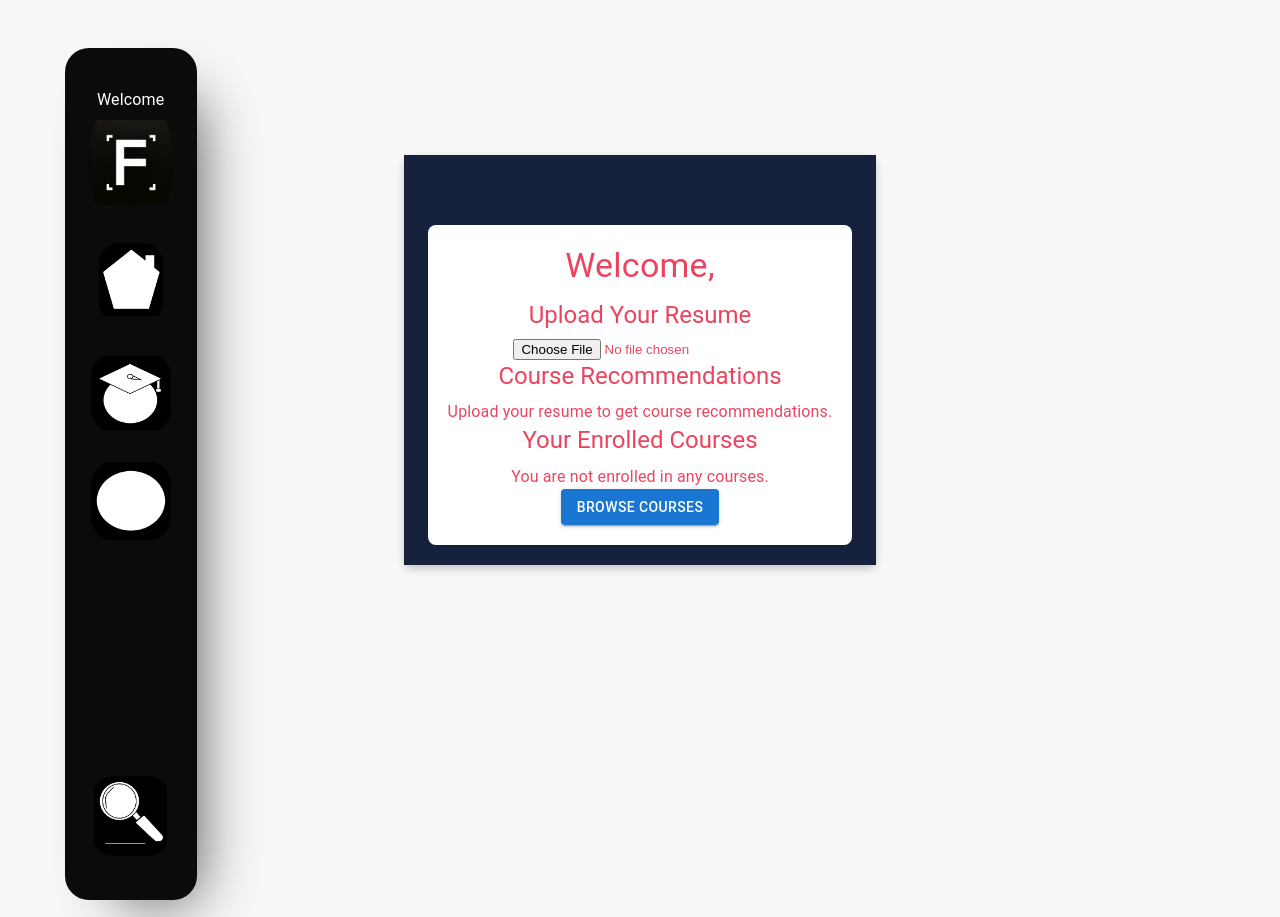
Repository: jvt2/OnlineCourseApp
Page: /dashboard
An editor plug-in stored every save of this project. The page is shown before and after the next save, followed by the edit.
The browser window is 1280 px wide. The pictures show the whole page.
The page's requests for data from a server got no answer. The project was rebuilt for these pictures with package versions that can differ from the ones it lists, and the page was loaded fresh each time. No one was signed in, and anything a server would have sent is missing. Also part of the build but not shown: src/features/auth/Register.js, src/features/auth/Login.js, src/features/courses/ResumeUpload.js, src/features/courses/CourseRecommendations.js, src/components/common/MyModal.js, src/features/courses/CourseCatalog.js, src/features/courses/CourseDetail.js, src/components/common/Navbar.js and 3 more. Imported but missing from the stored project, and not drawn on this page: src/app/reportWebVitals.

Above is the page before, as saved 2024-07-15 11:30:52.

### src/index.js
import React from 'react';
import ReactDOM from 'react-dom/client';
import { Provider } from 'react-redux';
import store from './redux/store';
import './index.css';
import App from './app/App';
import reportWebVitals from './app/reportWebVitals';

const root = ReactDOM.createRoot(document.getElementById('root'));
root.render(
  <React.StrictMode>
    <App />
  </React.StrictMode>
);

// If you want to start measuring performance in your app, pass a function
// to log results (for example: reportWebVitals(console.log))
// or send to an analytics endpoint. Learn more: https://bit.ly/CRA-vitals
reportWebVitals();

### src/redux/store.js
// src/redux/store.js

import { configureStore } from '@reduxjs/toolkit';
import userReducer from './userReducer';

const store = configureStore({
  reducer: {
    user: userReducer,
  },
});

export default store;

### src/app/App.js
import { BrowserRouter as Router, Route, Routes } from 'react-router-dom';
import React, { useState } from 'react';
import logo from '../logo.svg';
import './App.css';
import Register from '../features/auth/Register';
import Login from '../features/auth/Login';
import CourseCatalog from '../features/courses/CourseCatalog';
import CourseDetail from '../features/courses/CourseDetail';
import UserDashboard from '../features/dashboard/Dashboard';
import Navbar from '../components/common/Navbar';
import { Provider } from 'react-redux';
import store from '../redux/store'; // import your Redux store here
import Logout from '../features/auth/Logout'; // Import the Logout component
import Chatbot from '../features/chatbot/Chatbot';
import CourseRecommendations from '../features/courses/CourseRecommendations';
import axios from 'axios';
import ResumeUpload from '../features/courses/ResumeUpload';
import LandingPage from '../components/common/LandingPage';

function App() {
  const [loggedIn, setLoggedIn] = useState(false);
  const [users, setUsers] = useState([]);
  const [currentUser, setCurrentUser] = useState(null);
  const [recommendations, setRecommendations] = useState([]);

  const handleResumeUpload = (newRecommendations) => {
    console.log('New Recommendations:', newRecommendations);
    setRecommendations(newRecommendations);
  };

  const [courses, setCourses] = useState([
    {id: 1, name: 'Course 1', description: 'This is course 1'},
    {id: 2, name: 'Course 2', description: 'This is course 2'}
  ]);

  const handleRegister = async (username, password) => {
    try {
      const response = await axios.post('http://localhost:3001/register', { username, password });
      alert(response.data.message);
      // Log in the new user if registration is successful
      handleLogin(username, password);
    } catch (error) {
      alert(error.response.data.message);
    }
  };

  const handleLogin = async (username, password) => {
    try {
      const response = await axios.post('http://localhost:3001/login', { username, password });
      localStorage.setItem('token', response.data.token);
      setLoggedIn(true);
      setCurrentUser({ username });
    } catch (error) {
      alert('Login failed. Please check your username and password.');
    }
  };

  const handleEnroll = async (course) => {
    try {
      const token = localStorage.getItem('token');
      await axios.post('http://localhost:3001/enroll', { courseId: course.id }, {
        headers: { 'Authorization': `Bearer ${token}` }
      });
      setEnrolledCourses([...enrolledCourses, course]);
    } catch (error) {
      console.error('Enrollment failed', error);
    }
  };

  const [enrolledCourses, setEnrolledCourses] = useState([]);
  const [isModalOpen, setIsModalOpen] = useState(false);

  const handleSelectRecommendation = (recommendation) => {
    const newCourse = {
      id: courses.length + 1,
      name: recommendation.text,
      description: 'This is a recommended course based on your resume.'
    };

    setCourses([...courses, newCourse]);
    setEnrolledCourses([...enrolledCourses, newCourse]);
    setIsModalOpen(false);
  };

  return (
    <Provider store={store}>
      <Router>
        <div className="App">
          <Routes>
            <Route path="/" element={<LandingPage />} />
            <Route path="/register" element={<Register />} />
            <Route path="/login" element={<Login />} />
            <Route path="/dashboard" element={<UserDashboard />} /> {/* Added this line */}
          </Routes>
        </div>
      </Router>
    </Provider>
  );
}

export default App;

### src/redux/userReducer.js
// src/redux/userReducer.js
// src/redux/userReducer.js
import { createSlice } from '@reduxjs/toolkit';

const initialState = {
  id: null,
  email: null,
  token: null,
};

const userSlice = createSlice({
  name: 'user',
  initialState,
  reducers: {
    logIn(state, action) {
      state.id = action.payload.id;
      state.email = action.payload.email;
      state.token = action.payload.token;
    },
    logOut(state) {
      state.id = null;
      state.email = null;
      state.token = null;
    },
  },
});

export const { logIn, logOut } = userSlice.actions;
export default userSlice.reducer;

### src/app/App.css
/* App.css */
:root {
  --primary-bg-color: #1E1E2F;
  --secondary-bg-color: #282840;
  --primary-text-color: #F5F5F5;
  --link-color: #61dafb;
  --accent-color: #FF6B6B;
  --navbar-height: 4rem;
  --content-padding: 20px;
  --border-radius: 8px;
  --transition-duration: 0.3s;
  --gradient-bg-color: linear-gradient(120deg, #84fab0 0%, #8fd3f4 100%);
}

.App {
  text-align: center;
  font-family: 'Arial', sans-serif;
  background-color: var(--primary-bg-color);
}

.App-logo {
  height: 40vmin;
  pointer-events: none;
  filter: drop-shadow(0 0 10px var(--accent-color));
}

.App-header {
  background-color: var(--secondary-bg-color);
  min-height: 100vh;
  display: flex;
  flex-direction: column;
  align-items: center;
  justify-content: center;
  font-size: calc(10px + 2vmin);
  color: var(--primary-text-color);
  border-bottom-left-radius: var(--border-radius);
  border-bottom-right-radius: var(--border-radius);
}

.App-link {
  color: var(--link-color);
  transition: color var(--transition-duration);
}

.App-link:hover {
  color: var(--accent-color);
}

@media (prefers-reduced-motion: no-preference) {
  .App-logo {
    animation: App-logo-spin infinite 20s linear;
  }
}

@keyframes App-logo-spin {
  from {
    transform: rotate(0deg);
  }
  to {
    transform: rotate(360deg);
  }
}

.site-navbar {
  display: flex;
  align-items: center;
  background: var(--gradient-bg-color);
  padding: 10px 20px;
  height: var(--navbar-height);
  font-weight: 500;
  box-shadow: 0 4px 6px rgba(0, 0, 0, 0.1);
}

.navbar-nav {
  display: flex;
  align-items: center;
  list-style: none;
  margin: 0;
  padding: 0;
  flex-grow: 1;
  justify-content: center;
}

.nav-item {
  display: flex;
  align-items: center;
  justify-content: center;
  text-decoration: none;
  color: var(--primary-text-color);
  padding: 15px 25px;
  transition: all 0.3s ease-in-out;
  border-radius: var(--border-radius);
  position: relative;
}

.nav-item:before {
  content: '';
  position: absolute;
  top: 0;
  left: 0;
  width: 0;
  height: 100%;
  background: var(--accent-color);
  border-radius: var(--border-radius);
  transition: width 0.3s ease-in-out;
  z-index: -1;
}

.nav-item:hover:before {
  width: 100%;
}

.nav-item:hover {
  color: var(--secondary-bg-color);
  box-shadow: 0 4px 8px rgba(0, 0, 0, 0.2);
  text-decoration: none;
}

.navbar-brand {
  margin-right: auto;
  color: var(--primary-text-color);
  font-size: 1.5em;
  font-weight: bold;
}

.App-content {
  padding: var(--content-padding);
  color: var(--primary-text-color);
}

.App-footer {
  text-align: center;
  padding: var(--content-padding);
  background-color: var(--secondary-bg-color);
  color: var(--primary-text-color);
  box-shadow: 0 -4px 6px rgba(0, 0, 0, 0.1);
}

.course-recommendations {
  width: 80%;
  margin: auto;
  background: #f9f9f9;
  padding: 20px;
  border-radius: 5px;
  box-shadow: 0px 0px 10px rgba(0, 0, 0, 0.1);
}

.course-recommendations h2 {
  text-align: center;
  color: #333;
}

.course-recommendations .course {
  padding: 10px 0;
  border-bottom: 1px solid #eee;
}

.course-recommendations .course:last-child {
  border-bottom: none;
}

.course-recommendations .course button {
  margin-left: 10px;
}

body {
  background-color: #1a1a2e;
  color: #e94560;
}

.MuiContainer-root {
  background-color: #16213e;
  border-radius: 8px;
  padding: 20px;
  box-shadow: 0 4px 8px rgba(0, 0, 0, 0.2);
}

.customTextField .MuiInputBase-input {
  color: #fff;
  background-color: rgba(255, 255, 255, 0.1);
}

.customTextField .MuiInputLabel-root {
  color: rgba(255, 255, 255, 0.7);
}

.customTextField .MuiInputLabel-root.Mui-focused {
  color: #fff;
}

.customTextField .MuiOutlinedInput-root {
  &.Mui-focused .MuiOutlinedInput-notchedOutline {
    border-color: #fff;
  }
  & .MuiOutlinedInput-notchedOutline {
    border-color: rgba(255, 255, 255, 0.5);
  }
}

### src/features/dashboard/Dashboard.js
// src/features/dashboard/Dashboard.js
import React, { useEffect, useState } from 'react';
import axios from 'axios';
import { useSelector } from 'react-redux';
import { Container, Typography, Button, Box, List, ListItem, ListItemText } from '@mui/material';
import { useNavigate } from 'react-router-dom';
import './Dashboard.css'; // Correct import for CSS

function Dashboard() {
  const [enrolledCourses, setEnrolledCourses] = useState([]);
  const [recommendations, setRecommendations] = useState([]);
  const token = useSelector(state => state.user.token);
  const userId = useSelector(state => state.user.id);
  const userEmail = useSelector(state => state.user.email);
  const navigate = useNavigate();

  useEffect(() => {
    const fetchEnrolledCourses = async () => {
      try {
        const response = await axios.get(`http://localhost:3001/user/${userId}/courses`, {
          headers: { Authorization: `Bearer ${token}` }
        });
        setEnrolledCourses(response.data);
      } catch (error) {
        console.error('Error fetching enrolled courses:', error);
      }
    };

    const fetchRecommendations = async () => {
      try {
        const response = await axios.get(`http://localhost:3001/user/${userId}/recommendations`, {
          headers: { Authorization: `Bearer ${token}` }
        });
        setRecommendations(response.data);
      } catch (error) {
        console.error('Error fetching recommendations:', error);
      }
    };

    fetchEnrolledCourses();
    fetchRecommendations();
  }, [userId, token]);

  const handleResumeUpload = async (event) => {
    const formData = new FormData();
    formData.append('resume', event.target.files[0]);

    try {
      const response = await axios.post('http://localhost:3001/uploadResume', formData, {
        headers: {
          'Content-Type': 'multipart/form-data',
          Authorization: `Bearer ${token}`,
        },
      });
      setRecommendations(response.data.recommendations);
    } catch (error) {
      console.error('Error uploading resume:', error);
    }
  };

  return (
    <Container component="main" maxWidth="md">
      <Box className="sidebar">
        <div className="sidebar-blur"></div>
        <div className="sidebar-main">
          <Typography className="sidebar-logo">Welcome</Typography>
          <div className="sidebar-icon icon-home"></div>
          <div className="sidebar-icon icon-graduation"></div>
          <div className="sidebar-icon icon-user"></div>
          <div className="sidebar-icon icon-message"></div>
          <div className="sidebar-icon icon-settings"></div>
          <div className="sidebar-icon icon-logout"></div>
        </div>
      </Box>
      <Box className="dashboard-container">
        <Typography className="dashboard-header" variant="h4" gutterBottom>
          Welcome, {userEmail}
        </Typography>
        <Box className="upload-container">
          <Typography variant="h5" gutterBottom>
            Upload Your Resume
          </Typography>
          <input type="file" onChange={handleResumeUpload} accept=".pdf,.doc,.docx,.txt" />
        </Box>
        <Box className="recommendations-container">
          <Typography variant="h5" gutterBottom>
            Course Recommendations
          </Typography>
          {recommendations.length > 0 ? (
            <List>
              {recommendations.map((rec, index) => (
                <ListItem key={index}>
                  <ListItemText primary={rec.title} secondary={rec.description} />
                </ListItem>
              ))}
            </List>
          ) : (
            <Typography variant="body1">Upload your resume to get course recommendations.</Typography>
          )}
        </Box>
        <Box className="enrolled-courses-container">
          <Typography variant="h5" gutterBottom>
            Your Enrolled Courses
          </Typography>
          {enrolledCourses.length > 0 ? (
            <List>
              {enrolledCourses.map(course => (
                <ListItem key={course.id}>
                  <ListItemText primary={course.name} />
                </ListItem>
              ))}
            </List>
          ) : (
            <Typography variant="body1">You are not enrolled in any courses.</Typography>
          )}
        </Box>
        <Box className="button-container">
          <Button variant="contained" color="primary" onClick={() => navigate('/courses')}>
            Browse Courses
          </Button>
        </Box>
      </Box>
    </Container>


  );
}

export default Dashboard;

### src/features/auth/Logout.js
// Logout.js
import { useEffect } from 'react';
import { useDispatch } from 'react-redux';
import { useNavigate } from 'react-router-dom';
import { logOut } from '../../redux/reducers/userslice'; // Import the logOut action

function Logout() {
  const navigate = useNavigate();
  const dispatch = useDispatch();

  useEffect(() => {
    localStorage.removeItem('token'); // Remove the token from local storage
    dispatch(logOut()); // Dispatch the logOut action
    navigate('/login'); // Navigate to the login page
  }, [dispatch, navigate]);

  return null;
}

export default Logout;

### src/components/common/LandingPage.css
body {
    display: flex;
    justify-content: center;
    align-items: center;
    height: 100vh;
    background-color: #f7f7f7;
    margin: 0;
    font-family: 'Roboto', sans-serif;
  }

  .sign-in-container {
    display: flex;
    justify-content: center;
    align-items: center;
    height: 100%;
    width: 100%;
  }

  .sign-in-form {
    background-color: white;
    padding: 60px;
    border-radius: 10px;
    box-shadow: 0 4px 8px rgba(0, 0, 0, 0.1);
    text-align: center;
    max-width: 600px;
    width: 90%;
  }

  .logo {
    width: 200px;
    height: 200px;
    margin-bottom: 30px;
    background-color: white;
    border-radius: 10px;
  }

  h1 {
    margin: 0;
    font-size: 32px;
    font-weight: 700;
  }

  .subtitle {
    margin: 10px 0;
    color: #555;
    font-size: 18px;
  }

  .google-sign-in {
    background-color: #ffffff;
    color: #000;
    border: 1px solid #ccc;
    padding: 15px;
    width: 100%;
    border-radius: 5px;
    margin-bottom: 30px;
    display: flex;
    justify-content: center;
    align-items: center;
    cursor: pointer;
    font-size: 18px;
    font-weight: 500;
    transition: background-color 0.3s;
  }

  .google-sign-in:hover {
    background-color: #f0f0f0;
  }

  .google-logo {
    width: 25px;
    margin-right: 10px;
  }

  .separator {
    display: flex;
    align-items: center;
    text-align: center;
    margin: 30px 0;
    color: #aaa;
    font-size: 18px;
  }

  .separator::before,
  .separator::after {
    content: '';
    flex: 1;
    border-bottom: 1px solid #ccc;
  }

  .separator:not(:empty)::before {
    margin-right: .5em;
  }

  .separator:not(:empty)::after {
    margin-left: .5em;
  }

  .email-input,
  .password-input {
    width: 100%;
    padding: 15px;
    margin-bottom: 30px;
    border: 1px solid #ccc;
    border-radius: 5px;
    font-size: 18px;
    transition: border-color 0.3s;
  }

  .email-input:focus,
  .password-input:focus {
    border-color: #007bff;
    outline: none;
  }

  .continue-button {
    background-color: #9b51e0;
    color: white;
    border: none;
    padding: 15px;
    width: 100%;
    border-radius: 5px;
    font-size: 18px;
    font-weight: 500;
    cursor: pointer;
    transition: background-color 0.3s;
    margin-bottom: 10px; /* Add margin to separate the buttons */
  }

  .continue-button:hover {
    background-color: #7a3bc0;
  }

  .email-error {
    color: red;
    margin-top: 10px;
    font-size: 14px;
  }


  .back-button {
    background-color: #ccc;
    color: white;
    border: none;
    padding: 15px;
    width: 100%;
    border-radius: 5px;
    font-size: 18px;
    font-weight: 500;
    cursor: pointer;
    transition: background-color 0.3s;
    margin-bottom: 10px; /* Add margin to separate the buttons */
  }

  .back-button:hover {
    background-color: #aaa;
  }

  .sign-up-link {
    margin-top: 30px;
    color: #aaa;
    font-size: 18px;
  }

  .sign-up-link a {
    color: #9b51e0;
    text-decoration: none;
  }

  .sign-up-link a:hover {
    text-decoration: underline;
  }

### src/features/dashboard/Dashboard.css
/* Dashboard CSS */

/* General styles for the dashboard */
.dashboard-container {
    background: #FFFFFF;
    padding: 20px;
    border-radius: 8px;
    margin-top: 50px;
    text-align: center;
  }

  /* Sidebar styles */
  .sidebar {
    position: absolute;
    width: 132px;
    height: 853.12px;
    left: 32.34px;
    top: 24.02px;
    display: flex;
    flex-direction: column;
    align-items: center;
    justify-content: space-around; /* Evenly distribute space around the items */
    padding: 20px 0;
  }

  .sidebar-blur {
    position: absolute;
    width: 81.01px;
    height: 804px;
    left: 83.32px;
    top: 73.14px;
    background: #0C0B0B;
    opacity: 0.7;
    filter: blur(30px);
    border-radius: 24px;
  }

  .sidebar-main {
    position: absolute;
    width: 132px;
    height: 852px;
    left: 32.34px;
    top: 24.02px;
    background: #0C0B0B;
    border-radius: 24px;
  }

  .sidebar-logo {
    position: absolute;
    width: 85px;
    height: 150px;
    left: 74.46px;
    top: 39.67px;
    font-family: 'Baloo Bhai';
    font-style: normal;
    -webkit-text-fill-color: #FFFFFF;
    font-weight: 400;
    font-size: 64px;
    line-height: 102px;
    background-image: url('/public/assets/Designer.png');
    background-size: contain;
    background-position: center;
    background-repeat: no-repeat;
    border-radius: 70%;
    position: absolute;
    left: 50%;
    transform: translateX(-50%);
    margin-bottom: 40px; /* Adjust as needed */
  }

  .sidebar-icon {
    position: absolute;
    width: 26px;
    height: 26px;
    left: 85.15px;
    margin-bottom: 30px; /* Adjust as needed */
  }

  .sidebar-icon.icon-home {
    width: 65px;
    height: 80px;
    background-image: url('/public/assets/home_I.png');
    border-radius: 30%;
    position: absolute;
    left: 50%;
    transform: translateX(-50%);
    background-size: contain;
    background-repeat: no-repeat;
    top:22.84%;
  }

  .icon-graduation {
    top: 35.84%;
    width: 80px;
    height: 80px;
    background-position: center;
    background-image: url('/public/assets/enroll.png');
    border-radius: 30%;
    position: absolute;
    left: 50%;
    transform: translateX(-50%);
    background-size: contain;
    background-repeat: no-repeat;
  }

  .icon-user {
    top: 48.46%;
    width: 80px;
    height: 80px;
    background-position: center;
    background-position: center;
    background-image: url('/public/assets/user.png');
    border-radius: 30%;
    position: absolute;
    left: 50%;
    transform: translateX(-50%);
    background-size: contain;
    background-repeat: no-repeat;

  }

  .icon-message {
    top: 85.44%;
    width: 80px;
    height: 80px;
    background-position: center;
    background-image: url('/public/assets/search.png');
    border-radius: 30%;
    position: absolute;
    left: 50%;
    transform: translateX(-50%);
    background-size: contain;
    background-repeat: no-repeat;

  }

  .icon-settings {
    top: 62.11%;
  }

  .icon-logout {
    top: 89.95%;
    background-position: center;
  }

  .icon-background {
    background: #FFFFFF;
    background-position: center;
  }

### src/redux/reducers/userslice.js
import { createSlice } from '@reduxjs/toolkit';

const userSlice = createSlice({
  name: 'user',
  initialState: { name: '', loggedIn: false },
  reducers: {
    logIn: (state, action) => {
      state.name = action.payload.name;
      state.loggedIn = true;
    },
    logOut: (state) => {
      state.name = '';
      state.loggedIn = false;
    }
  }
});

export const { logIn, logOut } = userSlice.actions;
export default userSlice.reducer;

Loaded but not shown: public/index.html (common file); src/index.css (common file)

After the next save:
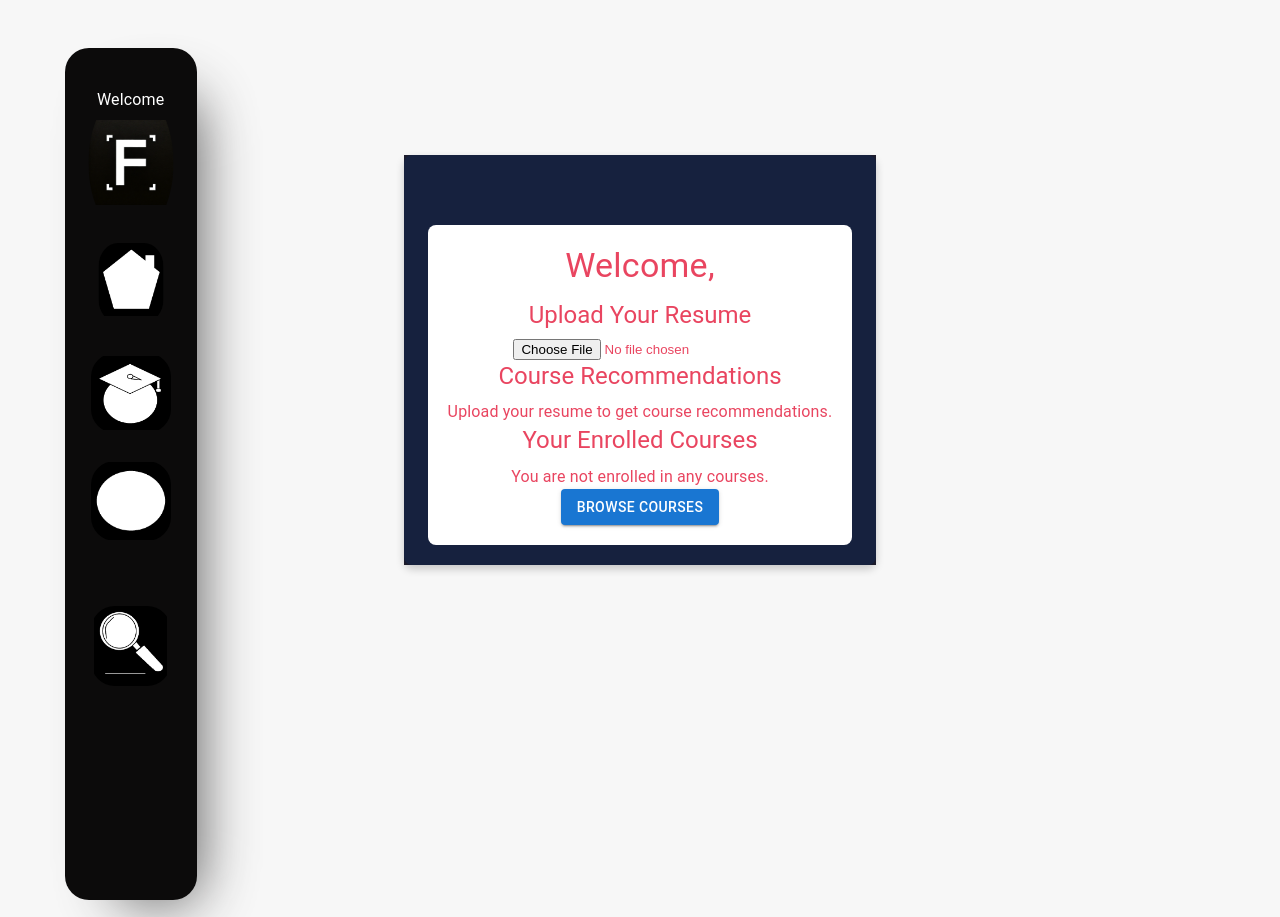
Saved 24 s later.
--- a/src/features/dashboard/Dashboard.css
+++ b/src/features/dashboard/Dashboard.css
@@ -120,7 +120,7 @@
   }
 
   .icon-message {
-    top: 85.44%;
+    top: 65.44%;
     width: 80px;
     height: 80px;
     background-position: center;
